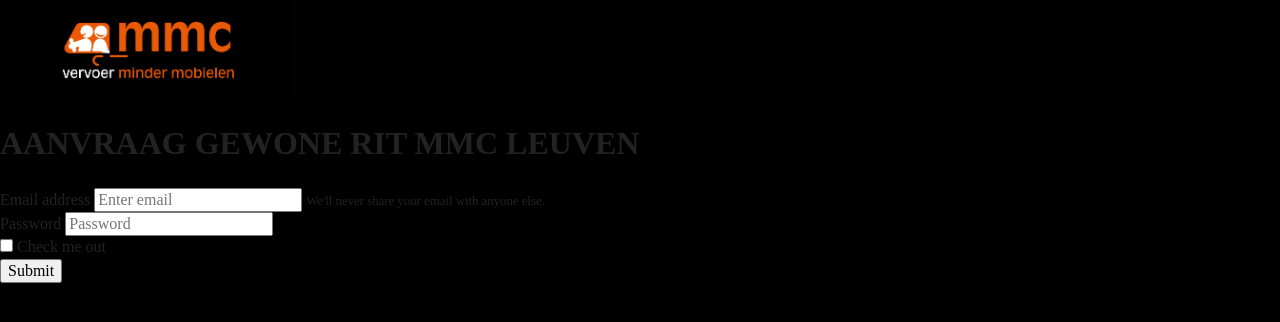
Repository: tclaes/vera
Page: index.html
The author's editor kept a copy of each file at every save. The page is drawn from the files as they stood at one save, then again after the next save.
The browser window is 1280 px wide. The pictures show the whole page.

Above is the page before, as saved 2018-11-12 15:14:20.

After the next save:
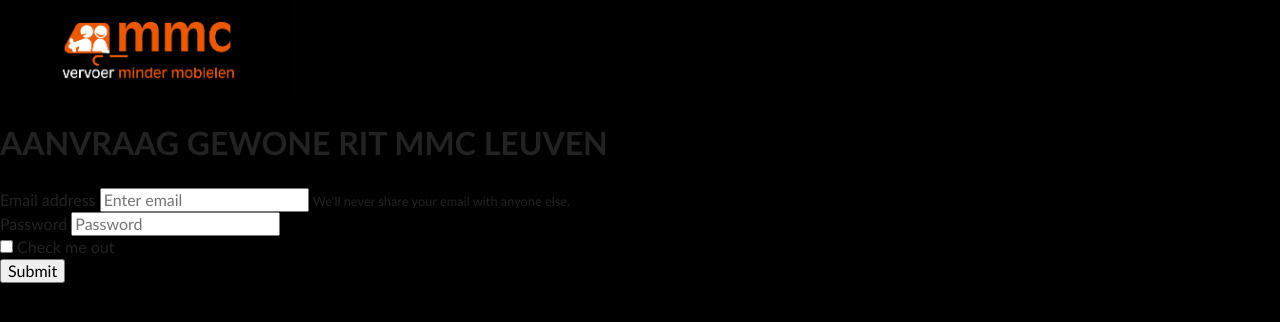
Saved 4 s later.
--- a/css/main.css
+++ b/css/main.css
@@ -99,7 +99,7 @@
 
    body {
      background: black;
-     font-family:
+     font-family: 'Trebuchet MS', 'Lucida Sans Unicode', 'Lucida Grande', 'Lucida Sans', Arial, sans-serif
    }
 
 
